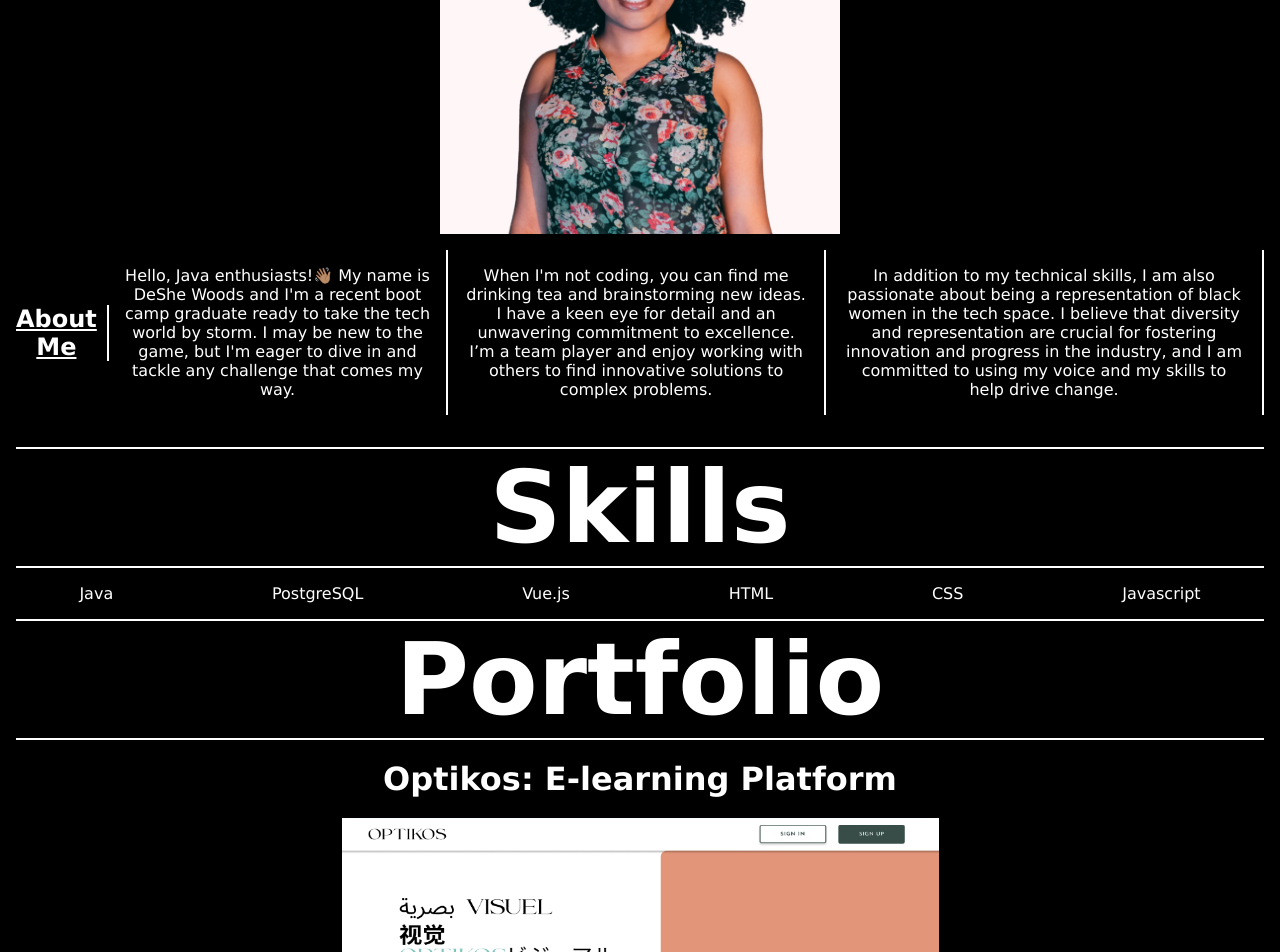
Repository: woodsdeshe/portfolio
Page: index.html
The author's editor kept a copy of each file at every save. The page is drawn from the files as they stood at one save, then again after the next save.
The browser window is 1280 px wide. The pictures show the part of the page from y = 1002 to 1954 px (the page is 2442 px tall before and 2346 px after).
A picture or video elsewhere on the page could not be fetched, so the positions and the page height are approximate. Some web fonts or font styles are not loaded; a fallback is used.

Above is the page before, as saved 2023-06-11 12:07:30.

### index.html
<!DOCTYPE html>
<html lang="en">
<head>
    <meta charset="UTF-8">
    <meta http-equiv="X-UA-Compatible" content="IE=edge">
    <meta name="viewport" content="width=device-width, initial-scale=1.0">
    <title>DeShe Woods | Software Engineer</title>
    <link rel="stylesheet" href="style.css">
    <link rel="stylesheet" href="https://cdnjs.cloudflare.com/ajax/libs/aos/2.3.4/aos.css" />
</head>
<body>
    <div class="container">
        <video autoplay muted loop>
            <source src="background-4422.mp4" type="video/mp4">
        </video>
        <div class="header">
            <h1>DESHE WOODS</h1>
        </div>
    </div>
    <div class="subheader">
        <h3>SOFTWARE ENGINEER | VISUAL ARTIST</h3>
    </div>
    <div class="headshot" data-aos="fade-up">
        <img src="Headshot.jpg" alt="Picture of DeShe Woods">
    </div>
    <div class="about-me" data-aos="fade-up">
        <h2>About Me</h2>
        <p>Hello, Java enthusiasts!👋🏽 My name is DeShe Woods and I'm a recent boot camp graduate ready to take the tech world by storm. I may be new to the game, but I'm eager to dive in and tackle any challenge that comes my way.</p>
        <p>When I'm not coding, you can find me drinking tea and brainstorming new ideas. I have a keen eye for detail and an unwavering commitment to excellence. I’m a team player and enjoy working with others to find innovative solutions to complex problems.</p>
        <p>In addition to my technical skills, I am also passionate about being a representation of black women in the tech space. I believe that diversity and representation are crucial for fostering innovation and progress in the industry, and I am committed to using my voice and my skills to help drive change.</p>
    </div>

    <div class="skills-header">
        <h1>Skills</h1>
    </div>
    <div class="skills-content" data-aos="fade-up">
        <p class="java">Java</p>
        <p class="postgresql">PostgreSQL</p>
        <p class="Vue-js">Vue.js</p>
        <p class="html">HTML</p>
        <p class="css">CSS</p>
        <p class="javascript">Javascript</p>
    </div>
    <div class="portfolio-header">
        <h1>Portfolio</h1>
    </div>
    <div class="optikos" data-aos="fade-up">
        <h1>Optikos: E-learning Platform</h1>
        <img src="Screenshot (6).png" alt="Screenshot of Optikos home page">
    </div>
    <div class="contact" data-aos="fade-right">
        <h2>Contact</h2>
    </div>
   <footer>
    <a href="#">LinkedIn</a> |
    <a href="#">Github</a> |
    <a href="#">Email</a>
   </footer>

   <script src="https://cdnjs.cloudflare.com/ajax/libs/jquery/3.6.0/jquery.min.js"></script>
   <script src="https://cdnjs.cloudflare.com/ajax/libs/aos/2.3.4/aos.js"></script>
   <script>
     AOS.init();
   </script>
</body>
</html>

### style.css
@import url('https://fonts.googleapis.com/css2?family=Climate+Crisis&display=swap');

* {
    margin: 0;
    padding: 0;
    box-sizing: border-box;
}

body:not(.container) {
    background-color: #000;
    font-family: Verdana, Geneva, Tahoma, sans-serif;
    color: white;
}

.container {
    width: 100%;
    height: 100%;
    position: relative;
}

.container video {
    height: 100%;
    width: 100%;
}

.header h1{
    font-family:'Climate Crisis', cursive, Verdana;
    font-size: 200px;
    font-weight: 900;
    text-align: center;
    color: white;
    position: absolute;
    top: 0;
    left:0;
    background: #000;
    height: 100%;
    width: 100%;
    display:flex;
    align-items: center;
    justify-content: center;
    flex-wrap: wrap;
    mix-blend-mode: multiply;
}

.subheader {
    border-top: 2px solid white;
    border-bottom: 2px solid white;
    padding: 1rem;
    text-align: center;
    font-size: 50px;
}

.headshot img {
    height:400px;
    width: 400px;
    align-content: center;
    display:block;
    margin-left: auto;
    margin-right: auto;
    margin-top: 20px;
}

.about-me {
    padding: 1rem;
    text-align: center;
    display: flex;
    align-items: center;
}

.about-me h2 {
    text-decoration: underline;
    border-right: 2px solid white;
    padding-right: 10px;
}

.about-me p {
    border-right: 2px solid white;
    padding: 1rem;
}

.portfolio-header, .skills-header, .contact h2 {
    font-size: 50px;
    text-align: center;
    border-top: 2px solid white;
    border-bottom: 2px solid white;
    margin: 1rem
}

.skills-content {
    display: flex;
    flex-direction: row;
    justify-content: space-around;
}

.portfolio {
    display: flex;
    flex-direction: column;
}

.optikos img {
   width: 597px;
   height: 500px;
   display: block;
   margin-left: auto;
    margin-right: auto;
    margin-bottom: 20px;
}


.optikos h1 {
    text-align: center;
    margin: 20px;
}

.optikos p {
    grid-area: "optikos-content";
}

.contact h2{
    font-size: 50px
}

footer {
    display: flex;
    justify-content: center;
    font-size: 20px;
}

footer a {

        box-shadow: inset 0 0 0 0 #54b3d6;
        color: white;
        margin: 0 -.25rem;
        padding: 0 .25rem;
        transition: color .3s ease-in-out, box-shadow .3s ease-in-out;
}
    footer a:hover {
        box-shadow: inset 100px 0 0 0 #54b3d6;
        color: white;
      }

After the next save:
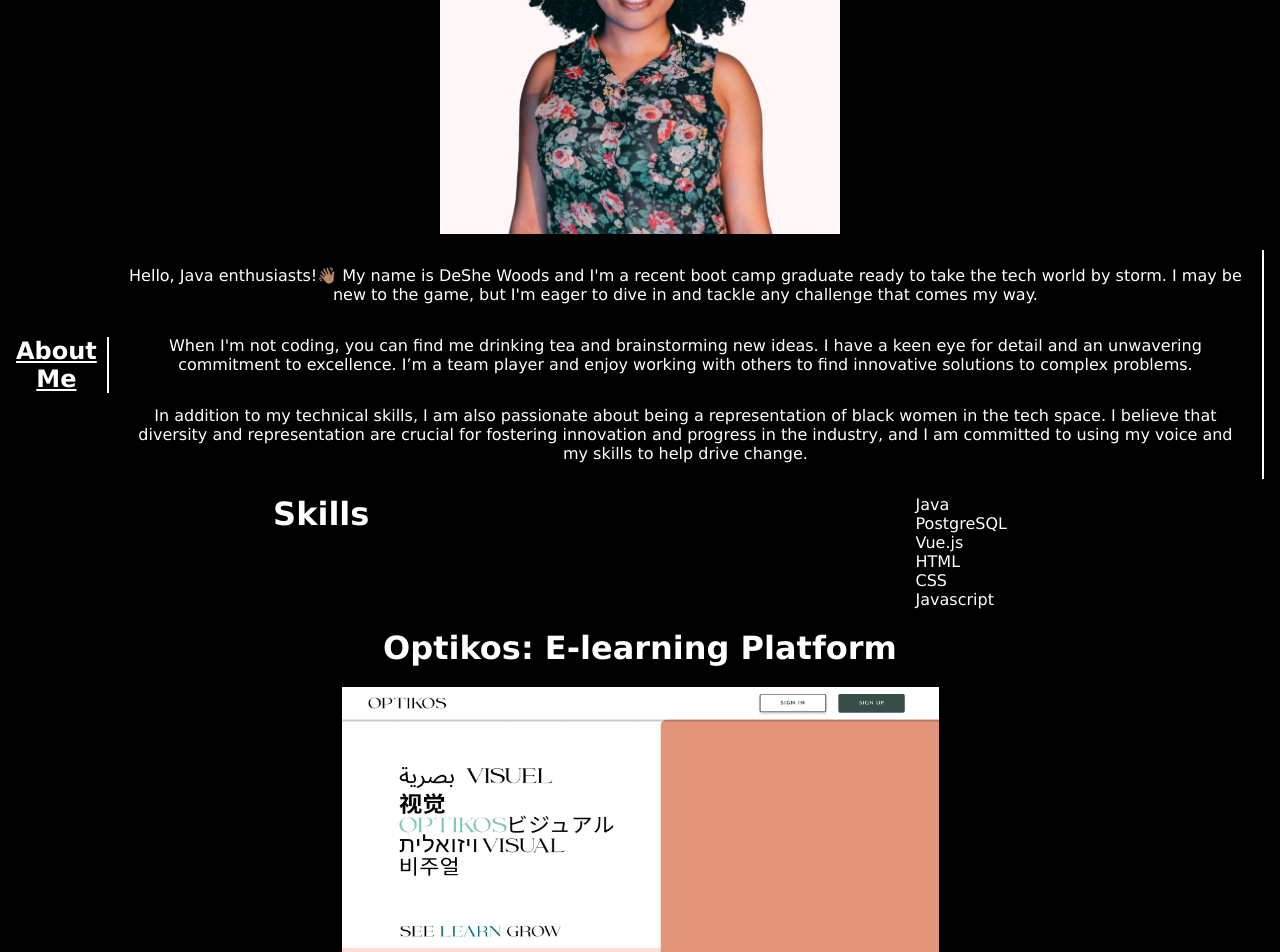
Saved 71 s later.
--- a/index.html
+++ b/index.html
@@ -25,29 +25,33 @@
     </div>
     <div class="about-me" data-aos="fade-up">
         <h2>About Me</h2>
-        <p>Hello, Java enthusiasts!👋🏽 My name is DeShe Woods and I'm a recent boot camp graduate ready to take the tech world by storm. I may be new to the game, but I'm eager to dive in and tackle any challenge that comes my way.</p>
-        <p>When I'm not coding, you can find me drinking tea and brainstorming new ideas. I have a keen eye for detail and an unwavering commitment to excellence. I’m a team player and enjoy working with others to find innovative solutions to complex problems.</p>
-        <p>In addition to my technical skills, I am also passionate about being a representation of black women in the tech space. I believe that diversity and representation are crucial for fostering innovation and progress in the industry, and I am committed to using my voice and my skills to help drive change.</p>
-    </div>
+        <div class="about-me-content">
+          <p>Hello, Java enthusiasts!👋🏽 My name is DeShe Woods and I'm a recent boot camp graduate ready to take the tech world by storm. I may be new to the game, but I'm eager to dive in and tackle any challenge that comes my way.</p>
+          <p>When I'm not coding, you can find me drinking tea and brainstorming new ideas. I have a keen eye for detail and an unwavering commitment to excellence. I’m a team player and enjoy working with others to find innovative solutions to complex problems.</p>
+          <p>In addition to my technical skills, I am also passionate about being a representation of black women in the tech space. I believe that diversity and representation are crucial for fostering innovation and progress in the industry, and I am committed to using my voice and my skills to help drive change.</p>
+        </div>
+      </div>
 
-    <div class="skills-header">
+      <div class="skills-content" data-aos="fade-up">
         <h1>Skills</h1>
-    </div>
-    <div class="skills-content" data-aos="fade-up">
-        <p class="java">Java</p>
-        <p class="postgresql">PostgreSQL</p>
-        <p class="Vue-js">Vue.js</p>
-        <p class="html">HTML</p>
-        <p class="css">CSS</p>
-        <p class="javascript">Javascript</p>
-    </div>
-    <div class="portfolio-header">
-        <h1>Portfolio</h1>
-    </div>
-    <div class="optikos" data-aos="fade-up">
+        <div class="skills-grid">
+          <p class="java">Java</p>
+          <p class="postgresql">PostgreSQL</p>
+          <p class="Vue-js">Vue.js</p>
+          <p class="html">HTML</p>
+          <p class="css">CSS</p>
+          <p class="javascript">Javascript</p>
+        </div>
+      </div>
+
+      <div class="optikos" data-aos="fade-up">
         <h1>Optikos: E-learning Platform</h1>
-        <img src="Screenshot (6).png" alt="Screenshot of Optikos home page">
-    </div>
+        <div class="optikos-content">
+          <img src="Screenshot (6).png" alt="Screenshot of Optikos home page">
+          <p>Lorem ipsum dolor sit amet, consectetur adipiscing elit. Sed commodo elit vel odio facilisis, sed scelerisque sem posuere.</p>
+        </div>
+      </div>
+
     <div class="contact" data-aos="fade-right">
         <h2>Contact</h2>
     </div>
